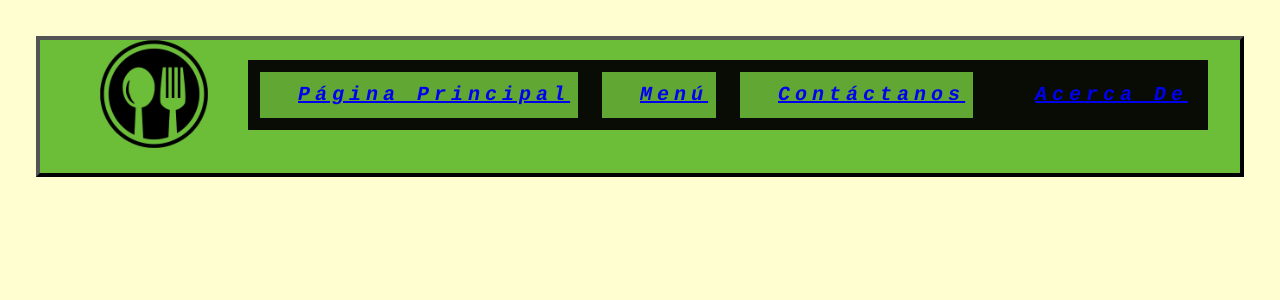
Repository: UVMCoyoacan/eq06_sitio1
Page: index.html
The author's editor kept a copy of each file at every save. The page is drawn from the files as they stood at one save, then again after the next save.
The browser window is 1280 px wide. The pictures show the whole page.

Above is the page before, as saved 2024-03-07 10:36:37.

### index.html
<!DOCTYPE html>
<html>
    <head>
        <link rel="stylesheet" href="./Carpeta estilos/estilo1.css"/>
        <meta charset="utf-8" />
    </head>
    <body>
        <header id="parte_inicial" role="banner">
            <div class="encabezado" style="display: flex;   flex-wrap: wrap; ">
                    <div style="flex-wrap:wrap; text-align: center; white-space: nowrap; ">
                    <img width="108" height="108" src="./Carpeta ims/tres.png" onclick="redirigirIndex()" style="text-align: left; cursor:pointer; text-align: center;";>

                    </div>
            <div >
            <ul >
                <li  ><a href="#">Página principal</a></li>
                <li ><a href="./Carpeta docs/menu.html">Menú</a></li>
                <li ><a href="./Carpeta docs/contactos.html">Contáctanos</a></li>
                <li ><a class="active" href="./Carpeta docs/acercade.html">Acerca de</a></li>
            </ul>
        </div>
            </div>
        </header>
    </body>
    <script src="./Carpeta js/js1.js">
    </script>
</html>

### Carpeta estilos/estilo1.css
body{
  background-color:#fefec0be;
  font-size:20px;
  font-family:Courier;
  font-weight:bold;
  font-style:normal;
  line-height:30px;
  letter-spacing:5px;
  padding: 28px;
  text-transform:capitalize;
  text-align:left;
  text-indent:30px;

}
header{
  background-color:#6cbe39;
  font-size:20px;
  font-family:Courier;
  font-weight:bold;
  font-style:italic;
  line-height:60px;
  letter-spacing:5px;
  text-transform:capitalize;
  text-align:left;
  text-indent:60px;
  border-style: outset;
  border-color: #000000;
  border-width: .4ch;

}
li {
  display: inline;
  float: left;
  background-color:#080c05;
  font-size:20px;
  font-family:Courier;
  font-weight:bold;
  font-style:oblique;
  line-height:30px;
  letter-spacing:5px;
  text-decoration:underline;
  text-transform:capitalize;
  text-align:left;
  text-indent:30px;
  border-style:hidden;
  border-color: #303130;
  padding: 12px;
}


a {
  display: block;
  padding: 8px;
  background-color:#6cbe39e1;
}
.active {
  background-color:transparent;

}

#titulo{
  text-decoration: overline underline;
  font-size:30px;
  font-style:oblique;

}
ul {
  margin-left: auto;
}

### Carpeta js/js1.js
function redirigirIndex() {
    window.location.href = '#';
}

After the next save:
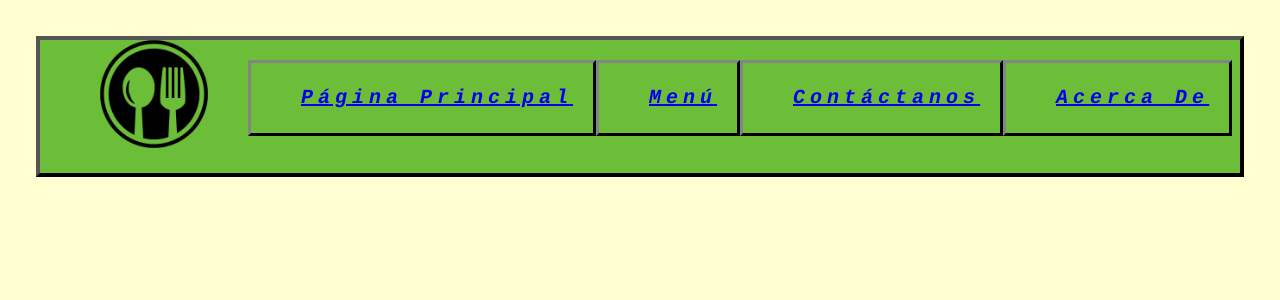
Saved 13 s later.
--- a/Carpeta estilos/estilo1.css
+++ b/Carpeta estilos/estilo1.css
@@ -31,7 +31,7 @@ header{
 li {
   display: inline;
   float: left;
-  background-color:#080c05;
+  background-color:#6cbe39;
   font-size:20px;
   font-family:Courier;
   font-weight:bold;
@@ -42,7 +42,7 @@ li {
   text-transform:capitalize;
   text-align:left;
   text-indent:30px;
-  border-style:hidden;
+  border-style:outset;
   border-color: #303130;
   padding: 12px;
 }
@@ -51,7 +51,7 @@ li {
 a {
   display: block;
   padding: 8px;
-  background-color:#6cbe39e1;
+  background-color:#6cbe39;
 }
 .active {
   background-color:transparent;
